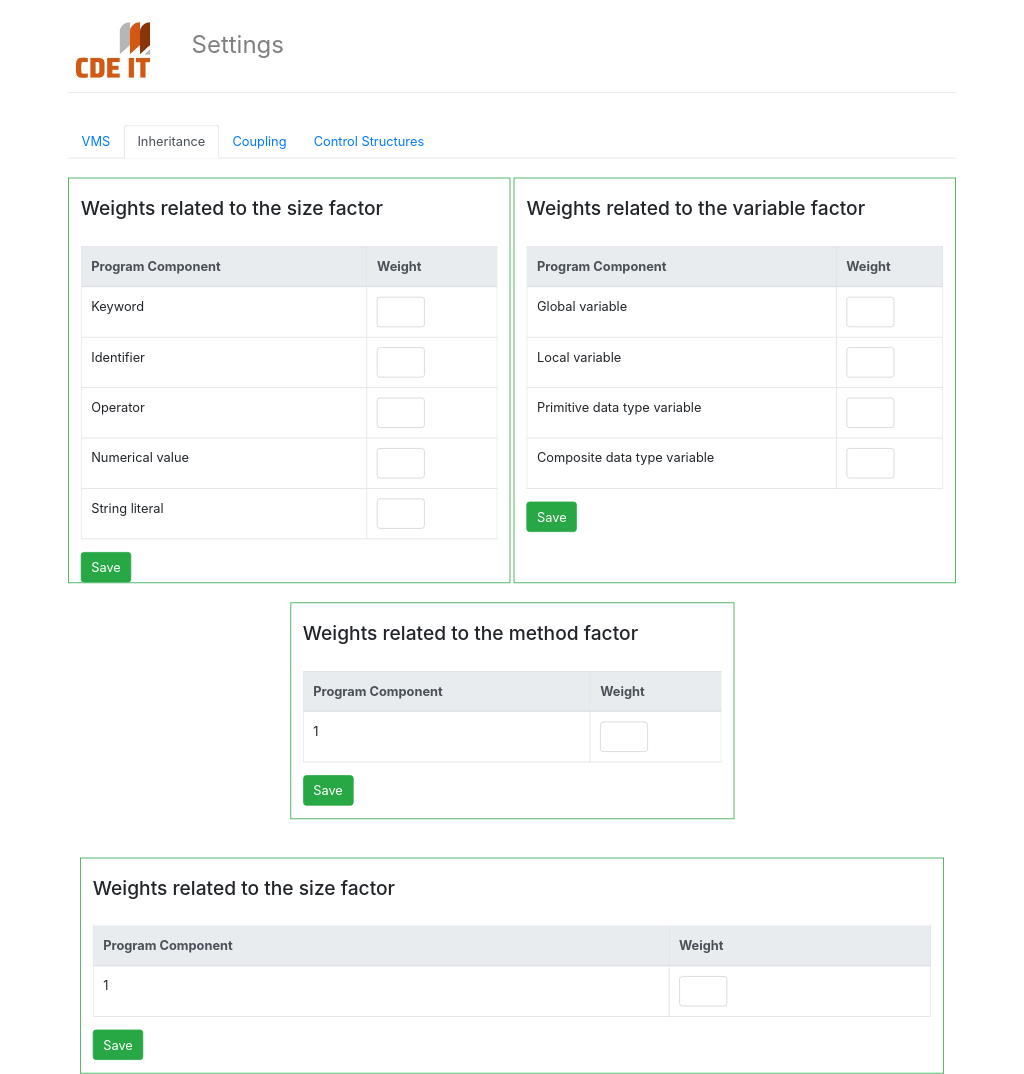
Repository: JudeAshan98/ITPM
Page: CDE_IT/WebContent/views/settings.html
These files come from the project's save history. The page is drawn as it stood at one moment and after the next save; the edit follows.
The browser window is 1280 px wide. The pictures show the whole page, at 80% of full size.

Above is the page before, as saved 2020-03-01 16:58:59.

### CDE_IT/WebContent/views/settings.html
<!DOCTYPE html>
<html lang="en">
<head>
<title>Bootstrap Example</title>
<meta charset="utf-8">
<meta name="viewport" content="width=device-width, initial-scale=1">
<link rel="stylesheet"
	href="https://maxcdn.bootstrapcdn.com/bootstrap/4.4.1/css/bootstrap.min.css">
<script
	src="https://ajax.googleapis.com/ajax/libs/jquery/3.4.1/jquery.min.js"></script>
<script
	src="https://cdnjs.cloudflare.com/ajax/libs/popper.js/1.16.0/umd/popper.min.js"></script>
<script
	src="https://maxcdn.bootstrapcdn.com/bootstrap/4.4.1/js/bootstrap.min.js"></script>
</head>
<body>
	<br>

	<div class="container">
		<div>
			<img src="../img/logoe.png" style="max-height: 75px">
			<text style="font-size:30px; color:gray ; margin-left:30px;">
			Settings<text>
			<hr />
		</div>
		<br>

		<!-- Nav tabs -->
		<ul class="nav nav-tabs" role="tablist">
			<li class="nav-item"><a class="nav-link" data-toggle="tab"
				href="#vms">VMS</a></li>
			<li class="nav-item"><a class="nav-link active"
				data-toggle="tab" href="#inheritance">Inheritance</a></li>
			<li class="nav-item"><a class="nav-link" data-toggle="tab"
				href="#Coupling">Coupling</a></li>
			<li class="nav-item"><a class="nav-link" data-toggle="tab"
				href="#Control">Control Structures</a></li>
		</ul>

		<!-- Tab panes -->
		<div class="tab-content">
			<div id="vms" class="container tab-pane active">
				<br>
				<div class="row">
					<div class="col-sm border border-success">
						<br>
						<h4>Weights related to the size factor</h4>
						<div class="table-responsive">
							<br>
							<table class="table table-bordered">
								<thead class="thead-light">
									<tr>
										<th>Program Component</th>
										<th>Weight</th>
									</tr>
								</thead>
								<tbody>
									<tr>
										<td>Keyword</td>
										<td><input type="number" class="form-control"   style="width:60px"></td>
									</tr>
									<tr>
										<td>Identifier</td>
										<td><input type="number" class="form-control"   style="width:60px"></td>
									</tr>
									<tr>
										<td>Operator</td>
										<td><input type="number" class="form-control"   style="width:60px"></td>
									</tr>
									<tr>
										<td>Numerical value</td>
										<td><input type="number" class="form-control"   style="width:60px"></td>
									</tr>
									<tr>
										<td>String literal</td>
										<td><input type="number" class="form-control"   style="width:60px"></td>
									</tr>
								</tbody>
							</table>
						</div>
						<button type="button" class="btn btn-success">Save</button>
					</div>
					&nbsp
					<div class="col-sm border border-success">
						<br>
						<h4>Weights related to the variable factor</h4>
						<div class="table-responsive">
							<br>
							<table class="table table-bordered">
								<thead class="thead-light">
									<tr>
										<th>Program Component</th>
										<th>Weight</th>
									</tr>
								</thead>
								<tbody>
									<tr>
										<td>Global variable</td>
										<td><input type="number" class="form-control"   style="width:60px"></td>
									</tr>
									<tr>
										<td>Local variable</td>
										<td><input type="number" class="form-control"   style="width:60px"></td>
									</tr>
									<tr>
										<td>Primitive data type variable</td>
										<td><input type="number" class="form-control"   style="width:60px"></td>
									</tr>
									<tr>
										<td>Composite data type variable</td>
										<td><input type="number" class="form-control"   style="width:60px"></td>
									</tr>
								</tbody>
							</table>
						</div>
						<button type="button" class="btn btn-success">Save</button>
						<p></p>
					</div>
				</div>
				<br>
				<div class="row justify-content-md-center">
					<div class="col-md-6 border border-success">
						<br>
						<h4>Weights related to the method factor</h4>
						<div class="table-responsive">
							<br>
							<table class="table table-bordered">
								<thead class="thead-light">
									<tr>
										<th>Program Component</th>
										<th>Weight</th>
									</tr>
								</thead>
								<tbody>
									<tr>
										<td>1</td>
										<td><input type="number" class="form-control"   style="width:60px"></td>
									</tr>
								</tbody>
							</table>
						</div>
						<button type="button" class="btn btn-success">Save</button>
						<p></p>
					</div>
				</div>
				<br>
			</div>
			<div id="inheritance" class="container tab-pane active">
				<br>
				<div class="col-sm border border-success">
					<br>
					<h4>Weights related to the size factor</h4>
					<div class="table-responsive">
						<br>
						<table class="table table-bordered">
							<thead class="thead-light">
								<tr>
									<th>Program Component</th>
									<th>Weight</th>
								</tr>
							</thead>
							<tbody>
								<tr>
									<td>1</td>
									<td><input type="number" class="form-control"   style="width:60px"></td>
								</tr>
							</tbody>
						</table>
					</div>
					<button type="button" class="btn btn-success">Save</button>
					<p></p>
				</div>
			</div>
			<div id="Coupling" class="container tab-pane fade">
				<br>
				<div class="col-sm border border-success">
					<br>
					<h4>Weights related to the size factor</h4>
					<div class="table-responsive">
						<br>
						<table class="table table-bordered">
							<thead class="thead-light">
								<tr>
									<th>Program Component</th>
									<th>Weight</th>
								</tr>
							</thead>
							<tbody>
								<tr>
									<td>1</td>
									<td><input type="number" class="form-control"   style="width:60px"></td>
								</tr>
							</tbody>
						</table>
					</div>
					<button type="button" class="btn btn-success">Save</button>
					<p></p>
				</div>
			</div>
			<div id="Control" class="container tab-pane fade">
				<br>
				<div class="col-sm border border-success">
					<br>
					<h4>Weights related to the size factor</h4>
					<div class="table-responsive">
						<br>
						<table class="table table-bordered">
							<thead class="thead-light">
								<tr>
									<th>Program Component</th>
									<th>Weight</th>
								</tr>
							</thead>
							<tbody>
								<tr>
									<td>1</td>
									<td><input type="number" class="form-control"   style="width:60px"></td>
								</tr>
							</tbody>
						</table>
					</div>
					<button type="button" class="btn btn-success">Save</button>
					<p></p>
				</div>
			</div>
		</div>

	</div>
</body>
</html>

After the next save:
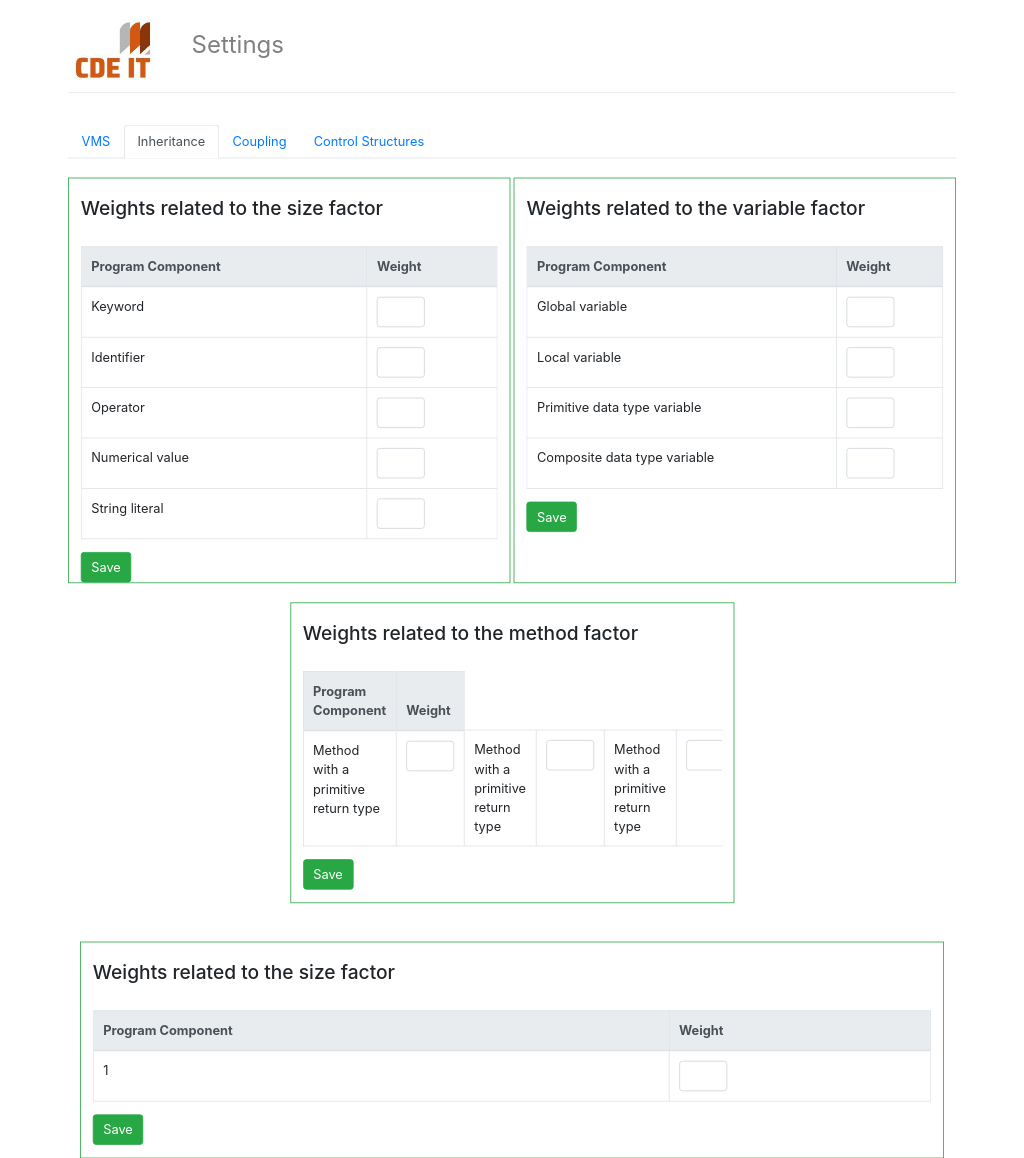
Saved 26 s later.
--- a/CDE_IT/WebContent/views/settings.html
+++ b/CDE_IT/WebContent/views/settings.html
@@ -133,7 +133,15 @@
 								</thead>
 								<tbody>
 									<tr>
-										<td>1</td>
+										<td>Method with a primitive return type</td>
+										<td><input type="number" class="form-control"   style="width:60px"></td>
+										<td>Method with a primitive return type</td>
+										<td><input type="number" class="form-control"   style="width:60px"></td>
+										<td>Method with a primitive return type</td>
+										<td><input type="number" class="form-control"   style="width:60px"></td>
+										<td>Method with a primitive return type</td>
+										<td><input type="number" class="form-control"   style="width:60px"></td>
+										<td>Method with a primitive return type</td>
 										<td><input type="number" class="form-control"   style="width:60px"></td>
 									</tr>
 								</tbody>
